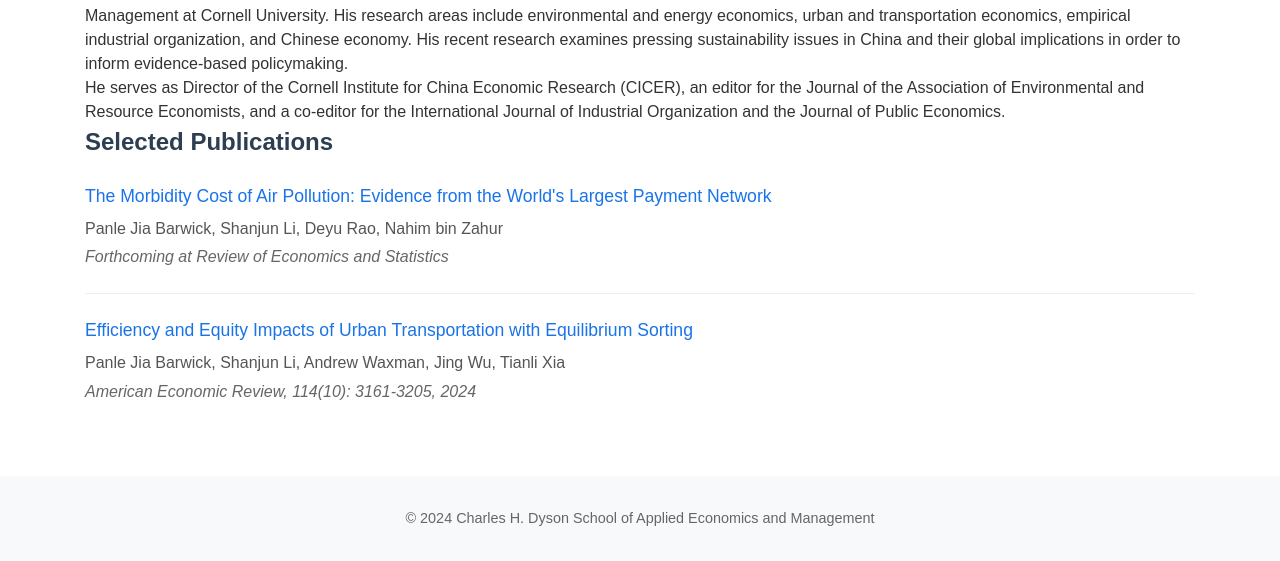
Repository: huang-heavenly-Emperor/k1_project
Page: index.html
The author's editor kept a copy of each file at every save. The page is drawn from the files as they stood at one save, then again after the next save.
The browser window is 1280 px wide. The pictures show the part of the page from y = 681 to 1242 px (the page is 1242 px tall before and 995 px after).
A picture or video elsewhere on the page could not be fetched, so the positions and the page height are approximate.

Above is the page before, as saved 2024-11-17 02:41:05.

### index.html
<!DOCTYPE html>
<html lang="en">
<head>
    <meta charset="UTF-8">
    <meta name="viewport" content="width=device-width, initial-scale=1.0">
    <title>Professor Profile</title>
    <link rel="stylesheet" href="reset.css">
    <link rel="stylesheet" href="index.css">
</head>
<body>
    <header>
        <div class="banner">
            <img src="cornell-campus.jpg" alt="Cornell University Campus Panorama">
        </div>
        <nav>
            <div class="container">
                <ul>
                    <li><a href="#" class="active">Main</a></li>
                    <li><a href="#">Research</a></li>
                    <li><a href="#">Teaching</a></li>
                    <li><a href="#">PhD Resources</a></li>
                    <li><a href="#">CV</a></li>
                    <li><a href="#">CICER</a></li>
                </ul>
            </div>
        </nav>
    </header>

    <main class="container">
        <div class="profile-section">
            <div class="profile-image">
                <img src="profile.jpg" alt="Professor's profile picture">
            </div>
            <div class="profile-content">
                <div class="intro">
                    <p>Shanjun Li is a Professor of Applied Economics and Policy, and he holds the Kenneth L. Robinson Chair in the <a href="#">Dyson School of Applied Economics and Management</a> at Cornell University. His research areas include environmental and energy economics, urban and transportation economics, empirical industrial organization, and Chinese economy. His recent research examines pressing sustainability issues in China and their global implications in order to inform evidence-based policymaking.</p>
                </div>

                <div class="roles">
                    <p>He serves as Director of the <a href="#">Cornell Institute for China Economic Research (CICER)</a>, an editor for the <a href="#">Journal of the Association of Environmental and Resource Economists</a>, and a co-editor for the <a href="#">International Journal of Industrial Organization</a> and the <a href="#">Journal of Public Economics</a>.</p>
                </div>

                <div class="affiliations">
        </div>

        <section class="publications">
            <h2>Selected Publications</h2>
            <ul>
                <li>
                    <p class="title">The Morbidity Cost of Air Pollution: Evidence from the World's Largest Payment Network</p>
                    <p class="authors">Panle Jia Barwick, Shanjun Li, Deyu Rao, Nahim bin Zahur</p>
                    <p class="journal">Forthcoming at Review of Economics and Statistics</p>
                </li>
                <li>
                    <p class="title">Efficiency and Equity Impacts of Urban Transportation with Equilibrium Sorting</p>
                    <p class="authors">Panle Jia Barwick, Shanjun Li, Andrew Waxman, Jing Wu, Tianli Xia</p>
                    <p class="journal">American Economic Review, 114(10): 3161-3205, 2024</p>
                </li>
            </ul>
        </section>
    </main>

    <footer>
        <div class="container">
            <p>© 2024 Charles H. Dyson School of Applied Economics and Management</p>
        </div>
    </footer>
</body>
</html>

### reset.css
/* Reset CSS */
*, *::before, *::after {
    margin: 0;
    padding: 0;
    box-sizing: border-box;
}

html, body {
    height: 100%;
    font-size: 16px;
    line-height: 1.5;
    -webkit-font-smoothing: antialiased;
    -moz-osx-font-smoothing: grayscale;
}

body {
    font-family: Arial, sans-serif;
    color: #333;
}

ul, ol {
    list-style: none;
}

a {
    text-decoration: none;
    color: inherit;
}

img {
    max-width: 100%;
    height: auto;
    display: block;
}

button, input, select, textarea {
    font: inherit;
    color: inherit;
}

h1, h2, h3, h4, h5, h6 {
    font-size: inherit;
    font-weight: inherit;
}

### index.css
/* Main styles */
.container {
    max-width: 1150px;
    margin: 0 auto;
    padding: 0 20px;
}

/* Header styles */
.banner {
    width: 100%;
    height: 300px;
    overflow: hidden;
    position: relative;
}

.banner img {
    width: 100%;
    height: 100%;
    object-fit: cover;
}

/* Navigation styles */
nav {
    background-color: #fff;
    border-bottom: 1px solid #eee;
    box-shadow: 0 2px 4px rgba(0,0,0,0.1);
}

nav ul {
    display: flex;
    gap: 2rem;
    height: 60px;
    align-items: center;
}

nav a {
    color: #666;
    font-size: 1rem;
    padding: 0.5rem 0;
    transition: color 0.3s ease;
    position: relative;
}

nav a:hover,
nav a.active {
    color: #1a73e8;
}

nav a::after {
    content: '';
    position: absolute;
    bottom: -2px;
    left: 0;
    width: 100%;
    height: 2px;
    background-color: #1a73e8;
    transform: scaleX(0);
    transition: transform 0.3s ease;
}

nav a:hover::after,
nav a.active::after {
    transform: scaleX(1);
}

/* Main content styles */
main {
    padding: 3rem 0;
}

section {
    margin-bottom: 3rem;
}

section h2 {
    font-size: 1.5rem;
    font-weight: 600;
    margin-bottom: 1.5rem;
    color: #2c3e50;
}

section ul li {
    margin-bottom: 1.5rem;
    padding-bottom: 1.5rem;
    border-bottom: 1px solid #eee;
}

section ul li:last-child {
    border-bottom: none;
}

.title {
    color: #1a73e8;
    font-size: 1.1rem;
    margin-bottom: 0.5rem;
    line-height: 1.4;
}

.authors {
    color: #555;
    margin-bottom: 0.3rem;
}

.journal {
    color: #666;
    font-style: italic;
}

/* Footer styles */
footer {
    background-color: #f8f9fa;
    padding: 2rem 0;
    margin-top: 2rem;
}

footer p {
    text-align: center;
    color: #666;
    font-size: 0.9rem;
}

/* Responsive design */
@media (max-width: 768px) {
    nav ul {
        flex-wrap: wrap;
        justify-content: center;
        height: auto;
        padding: 1rem 0;
    }

    .container {
        padding: 0 15px;
    }

    .banner {
        height: 200px;
    }
}

After the next save:
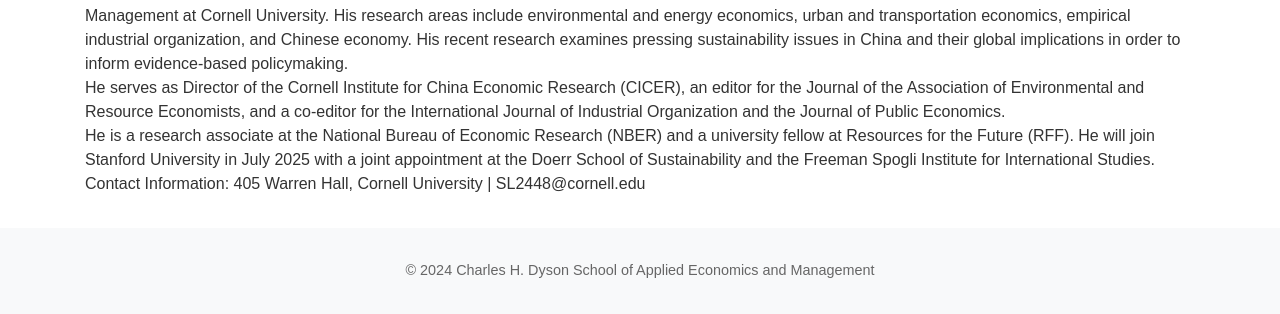
Saved 4 s later.
--- a/index.html
+++ b/index.html
@@ -41,23 +41,14 @@
                 </div>
 
                 <div class="affiliations">
+                    <p>He is a research associate at the <a href="#">National Bureau of Economic Research (NBER)</a> and a university fellow at <a href="#">Resources for the Future (RFF)</a>. He will join Stanford University in July 2025 with a joint appointment at the <a href="#">Doerr School of Sustainability</a> and the <a href="#">Freeman Spogli Institute for International Studies</a>.</p>
+                </div>
+
+                <div class="contact">
+                    <p>Contact Information: 405 Warren Hall, Cornell University | <a href="mailto:SL2448@cornell.edu">SL2448@cornell.edu</a></p>
+                </div>
+            </div>
         </div>
-
-        <section class="publications">
-            <h2>Selected Publications</h2>
-            <ul>
-                <li>
-                    <p class="title">The Morbidity Cost of Air Pollution: Evidence from the World's Largest Payment Network</p>
-                    <p class="authors">Panle Jia Barwick, Shanjun Li, Deyu Rao, Nahim bin Zahur</p>
-                    <p class="journal">Forthcoming at Review of Economics and Statistics</p>
-                </li>
-                <li>
-                    <p class="title">Efficiency and Equity Impacts of Urban Transportation with Equilibrium Sorting</p>
-                    <p class="authors">Panle Jia Barwick, Shanjun Li, Andrew Waxman, Jing Wu, Tianli Xia</p>
-                    <p class="journal">American Economic Review, 114(10): 3161-3205, 2024</p>
-                </li>
-            </ul>
-        </section>
     </main>
 
     <footer>
